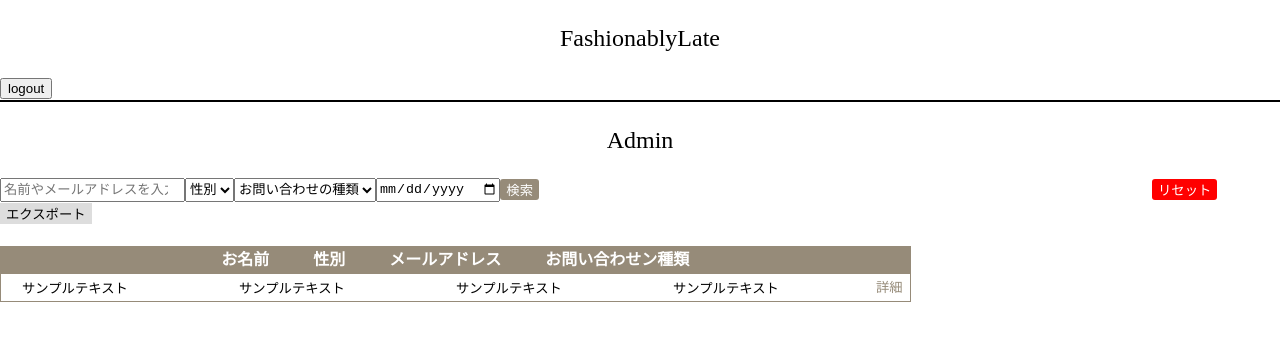
Repository: mayu-ya/test_form
Page: http://localhost/
These files come from the project's save history. The page is drawn as it stood at one moment and after the next save; the edit follows.
The browser window is 1280 px wide. The pictures show the whole page.
The page is served by the project's Laravel application, run on PHP 8.4 with Laravel 8. Other server files are loaded and not shown.

Above is the page before, as saved 2026-01-17 22:48:20.

### src/routes/web.php
<?php

use Illuminate\Support\Facades\Route;
use App\Http\Controllers\ContactController;

/*
|--------------------------------------------------------------------------
| Web Routes
|--------------------------------------------------------------------------
|
| Here is where you can register web routes for your application. These
| routes are loaded by the RouteServiceProvider within a group which
| contains the "web" middleware group. Now create something great!
|
*/

Route::get('/', [ContactController::class, 'index']);

### src/app/Http/Controllers/ContactController.php
<?php

namespace App\Http\Controllers;

use Illuminate\Http\Request;

class ContactController extends Controller
{
    public function index()
    {
        return view('admin');
    }
}

### src/resources/views/admin.blade.php
@extends('layouts.app')

@section('css')
<link rel="stylesheet" href="{{ asset('css/admin.css') }}">
@endsection

@section('header')
<nav class="header">
    <form action="">
        <button class="header__button">logout</button>
    </form>
</nav>
@endsection

@section('content')
<div class="content">
    <div class="title">
        <h2 class="title-h">Admin</h2>
    </div>

    <div class="search">
        <form action="" class="form__search">
            <div class="form__search-item">
                <input type="search" name="name" placeholder="名前やメールアドレスを入力してください">
                <select name="gender">
                    <option value="">性別</option>
                </select>
                <select name="content">
                    <option value="">お問い合わせの種類</option>
                </select>
                <input type="date" name="date">
                <div class="search__button">
                    <button class="search__button-submit" tyup="submit">検索</button>
                </div>
            </div>
        </form>
        <form action="" class="reset__button">
            <button class="reset__button-submit">リセット</button>
        </form>
    </div>

    <div class="export">
        <form action="" class="form__export">
            <button class="form__export-button">エクスポート</button>
        </form>
    </div>

    <div class="table-content">
        <table class="table">
            <tr class="table-row">
                <th class="table-title">
                    <span class="table-span">お名前</span>
                    <span class="table-span">性別</span>
                    <span class="table-span">メールアドレス</span>
                    <span class="table-span">お問い合わせン種類</span>
                </th>
            </tr>
            <tr class="table-row">
                <td class="table__item">
                    <form class="form">
                        <div class="form__item">
                            <div class="form__item-name">
                                <input type="text" class="form__item-input" value="サンプルテキスト">
                            </div>
                            <div class="form_item-gender">
                                <input type="text" class="form__item-input" value="サンプルテキスト">
                            </div>
                            <div class="form_item-email">
                                <input type="text" class="form__item-input" value="サンプルテキスト">
                            </div>
                            <div class="form_item-content">
                                <input type="text" class="form__item-input" value="サンプルテキスト">
                            </div>
                        </div>
                        <div class="form__button">
                            <button class="form__button-detail">詳細</button>
                        </div>
                    </form>
                </td>
            </tr>
        </table>
    </div>
</div>
@endsection

### src/resources/views/layouts/app.blade.php
<!DOCTYPE html>
<html lang="ja">
<head>
    <meta charset="UTF-8">
    <meta name="viewport" content="width=device-width, initial-scale=1.0">
    <title>FashionablyLate</title>
    <link rel="stylesheet" href="{{ asset('css/common.css') }}">
    <link rel="stylesheet" href="{{ asset('css/sanitize.css') }}">
    @yield('css')
</head>
<body>
    <header class="header">
        <div class="header-title">
            <div class="header-title__item">FashionablyLate</div>
        </div>
        @yield('header')
    </header>

    <main>
        @yield('content')
    </main>
</body>
</html>

### src/public/css/common.css
.header{
    border-bottom: 1px solid #000;
}

.header-title {
    margin: 0 auto;
    padding: 20px 15px;
    max-width: 1230px;
}

.header-title__item {
    font-size: 24px;
    text-align: center;
}

### src/public/css/sanitize.css
/* Document
* ========================================================================== */

/**
* Add border box sizing in all browsers (opinionated).
*/

*,
::before,
::after {
  box-sizing: border-box;
}

/**
* 1. Add text decoration inheritance in all browsers (opinionated).
* 2. Add vertical alignment inheritance in all browsers (opinionated).
*/

::before,
::after {
  vertical-align: inherit;
  /* 2 */
  text-decoration: inherit;
  /* 1 */
}

/**
* 1. Use the default cursor in all browsers (opinionated).
* 2. Change the line height in all browsers (opinionated).
* 3. Use a 4-space tab width in all browsers (opinionated).
* 4. Remove the grey highlight on links in iOS (opinionated).
* 5. Prevent adjustments of font size after orientation changes in
*    IE on Windows Phone and in iOS.
* 6. Breaks words to prevent overflow in all browsers (opinionated).
*/

html {
  word-break: break-word;
  /* 6 */
  -moz-tab-size: 4;
  /* 3 */
  tab-size: 4;
  /* 3 */
  line-height: 1.5;
  /* 2 */
  cursor: default;
  /* 1 */

  -webkit-tap-highlight-color: transparent
    /* 4 */
  ;
  -ms-text-size-adjust: 100%;
  /* 5 */
  -webkit-text-size-adjust: 100%;
  /* 5 */
}

/* Sections
* ========================================================================== */

/**
* Remove the margin in all browsers (opinionated).
*/

body {
  margin: 0;
}

/**
* Correct the font size and margin on `h1` elements within `section` and
* `article` contexts in Chrome, Edge, Firefox, and Safari.
*/

h1 {
  margin: 0.67em 0;
  font-size: 2em;
}

/* Grouping content
* ========================================================================== */

/**
* Remove the margin on nested lists in Chrome, Edge, IE, and Safari.
*/

dl dl,
dl ol,
dl ul,
ol dl,
ul dl {
  margin: 0;
}

/**
* Remove the margin on nested lists in Edge 18- and IE.
*/

ol ol,
ol ul,
ul ol,
ul ul {
  margin: 0;
}

/**
* 1. Add the correct sizing in Firefox.
* 2. Show the overflow in Edge 18- and IE.
*/

hr {
  overflow: visible;
  /* 2 */
  height: 0;
  /* 1 */
}

/**
* Add the correct display in IE.
*/

main {
  display: block;
}

/**
* Remove the list style on navigation lists in all browsers (opinionated).
*/

nav ol,
nav ul {
  padding: 0;
  list-style: none;
}

/**
* 1. Correct the inheritance and scaling of font size in all browsers.
* 2. Correct the odd `em` font sizing in all browsers.
*/

pre {
  font-size: 1em;
  /* 2 */
  font-family: monospace, monospace;
  /* 1 */
}

/* Text-level semantics
* ========================================================================== */

/**
* Remove the gray background on active links in IE 10.
*/

a {
  background-color: transparent;
}

/**
* Add the correct text decoration in Edge 18-, IE, and Safari.
*/

abbr[title] {
  text-decoration: underline;
  text-decoration: underline dotted;
}

/**
* Add the correct font weight in Chrome, Edge, and Safari.
*/

b,
strong {
  font-weight: bolder;
}

/**
* 1. Correct the inheritance and scaling of font size in all browsers.
* 2. Correct the odd `em` font sizing in all browsers.
*/

code,
kbd,
samp {
  font-size: 1em;
  /* 2 */
  font-family: monospace, monospace;
  /* 1 */
}

/**
* Add the correct font size in all browsers.
*/

small {
  font-size: 80%;
}

/* Embedded content
* ========================================================================== */

/*
* Change the alignment on media elements in all browsers (opinionated).
*/

audio,
canvas,
iframe,
img,
svg,
video {
  vertical-align: middle;
}

/**
* Add the correct display in IE 9-.
*/

audio,
video {
  display: inline-block;
}

/**
* Add the correct display in iOS 4-7.
*/

audio:not([controls]) {
  display: none;
  height: 0;
}

/**
* Remove the border on iframes in all browsers (opinionated).
*/

iframe {
  border-style: none;
}

/**
* Remove the border on images within links in IE 10-.
*/

img {
  border-style: none;
}

/**
* Change the fill color to match the text color in all browsers (opinionated).
*/

svg:not([fill]) {
  fill: currentColor;
}

/**
* Hide the overflow in IE.
*/

svg:not(:root) {
  overflow: hidden;
}

/* Tabular data
* ========================================================================== */

/**
* Collapse border spacing in all browsers (opinionated).
*/

table {
  border-collapse: collapse;
}

/* Forms
* ========================================================================== */

/**
* Remove the margin on controls in Safari.
*/

button,
input,
select {
  margin: 0;
}

/**
* 1. Show the overflow in IE.
* 2. Remove the inheritance of text transform in Edge 18-, Firefox, and IE.
*/

button {
  overflow: visible;
  /* 1 */
  text-transform: none;
  /* 2 */
}

/**
* Correct the inability to style buttons in iOS and Safari.
*/

button,
[type="button"],
[type="reset"],
[type="submit"] {
  -webkit-appearance: button;
}

/**
* 1. Change the inconsistent appearance in all browsers (opinionated).
* 2. Correct the padding in Firefox.
*/

fieldset {
  padding: 0.35em 0.75em 0.625em;
  /* 2 */
  border: 1px solid #a0a0a0;
  /* 1 */
}

/**
* Show the overflow in Edge 18- and IE.
*/

input {
  overflow: visible;
}

/**
* 1. Correct the text wrapping in Edge 18- and IE.
* 2. Correct the color inheritance from `fieldset` elements in IE.
*/

legend {
  display: table;
  /* 1 */
  max-width: 100%;
  /* 1 */
  color: inherit;
  /* 2 */
  white-space: normal;
  /* 1 */
}

/**
* 1. Add the correct display in Edge 18- and IE.
* 2. Add the correct vertical alignment in Chrome, Edge, and Firefox.
*/

progress {
  display: inline-block;
  /* 1 */
  vertical-align: baseline;
  /* 2 */
}

/**
* Remove the inheritance of text transform in Firefox.
*/

select {
  text-transform: none;
}

/**
* 1. Remove the margin in Firefox and Safari.
* 2. Remove the default vertical scrollbar in IE.
* 3. Change the resize direction in all browsers (opinionated).
*/

textarea {
  overflow: auto;
  /* 2 */
  margin: 0;
  /* 1 */
  resize: vertical;
  /* 3 */
}

/**
* Remove the padding in IE 10-.
*/

[type="checkbox"],
[type="radio"] {
  padding: 0;
}

/**
* 1. Correct the odd appearance in Chrome, Edge, and Safari.
* 2. Correct the outline style in Safari.
*/

[type="search"] {
  outline-offset: -2px;
  /* 2 */

  -webkit-appearance: textfield;
  /* 1 */
}

/**
* Correct the cursor style of increment and decrement buttons in Safari.
*/

::-webkit-inner-spin-button,
::-webkit-outer-spin-button {
  height: auto;
}

/**
* Correct the text style of placeholders in Chrome, Edge, and Safari.
*/

::-webkit-input-placeholder {
  color: inherit;
  opacity: 0.54;
}

/**
* Remove the inner padding in Chrome, Edge, and Safari on macOS.
*/

::-webkit-search-decoration {
  -webkit-appearance: none;
}

/**
* 1. Correct the inability to style upload buttons in iOS and Safari.
* 2. Change font properties to `inherit` in Safari.
*/

::-webkit-file-upload-button {
  font: inherit;
  /* 2 */

  -webkit-appearance: button;
  /* 1 */
}

/**
* Remove the inner border and padding of focus outlines in Firefox.
*/

::-moz-focus-inner {
  padding: 0;
  border-style: none;
}

/**
* Restore the focus outline styles unset by the previous rule in Firefox.
*/

:-moz-focusring {
  outline: 1px dotted ButtonText;
}

/**
* Remove the additional :invalid styles in Firefox.
*/

:-moz-ui-invalid {
  box-shadow: none;
}

/* Interactive
* ========================================================================== */

/*
* Add the correct display in Edge 18- and IE.
*/

details {
  display: block;
}

/*
* Add the correct styles in Edge 18-, IE, and Safari.
*/

dialog {
  position: absolute;
  right: 0;
  left: 0;
  display: block;
  margin: auto;
  padding: 1em;
  width: -moz-fit-content;
  width: -webkit-fit-content;
  width: fit-content;
  height: -moz-fit-content;
  height: -webkit-fit-content;
  height: fit-content;
  border: solid;
  background-color: white;
  color: black;
}

dialog:not([open]) {
  display: none;
}

/*
* Add the correct display in all browsers.
*/

summary {
  display: list-item;
}

/* Scripting
* ========================================================================== */

/**
* Add the correct display in IE 9-.
*/

canvas {
  display: inline-block;
}

/**
* Add the correct display in IE.
*/

template {
  display: none;
}

/* User interaction
* ========================================================================== */

/*
* 1. Remove the tapping delay in IE 10.
* 2. Remove the tapping delay on clickable elements
in all browsers (opinionated).
*/

a,
area,
button,
input,
label,
select,
summary,
textarea,
[tabindex] {
  -ms-touch-action: manipulation;
  /* 1 */
  touch-action: manipulation;
  /* 2 */
}

/**
* Add the correct display in IE 10-.
*/

[hidden] {
  display: none;
}

/* Accessibility
* ========================================================================== */

/**
* Change the cursor on busy elements in all browsers (opinionated).
*/

[aria-busy="true"] {
  cursor: progress;
}

/*
* Change the cursor on control elements in all browsers (opinionated).
*/

[aria-controls] {
  cursor: pointer;
}

/*
* Change the cursor on disabled, not-editable, or otherwise
* inoperable elements in all browsers (opinionated).
*/

[aria-disabled="true"],
[disabled] {
  cursor: not-allowed;
}

/*
* Change the display on visually hidden accessible elements
* in all browsers (opinionated).
*/

[aria-hidden="false"][hidden] {
  display: initial;
}

[aria-hidden="false"][hidden]:not(:focus) {
  position: absolute;
  clip: rect(0, 0, 0, 0);
}

### src/public/css/admin.css
.content {
    max-width: 1536px;
}

.title {
    margin: 0 auto;
}

.title-h {
    text-align: center;
    font-weight: lighter;
}

.search {
    display: flex;
}

.form__search {
    width: 90%;
}

.form__search-item {
    display: flex;
}

.search__button-submit {
    background: #968b79;
    color: white;
    border-radius: 3px;
    border: none;
    cursor: pointer;
}

.reset__button-submit {
    background: red;
    color: white;
    border-radius: 3px;
    border: none;
    cursor: pointer;
}

.export {
    width: 90%;
    align-items: center;
}

.form__export-button {
    background: #ddd;
    border: none;
}

.table-content {
    width: 90%;
    align-items: center;
    margin: 20px 0;
}

.table {
    border: 1px solid #968b79;
}

.table-row {
    border-bottom: 1px solid #968b79;
}

.table-title {
    background: #968b79;
}

.table-span {
    color: white;
    border: none;
    padding: 5px 20px;
}

.table__item {
    width: 100%;
}

.form {
    display: flex;
}

.form__item {
    display: flex;
}

.form__item-input {
    padding: 5px 20px;
    outline: none;
    border: none;
}

.form__button-detail {
    background: white;
    color: #968b79;
    border: #968b79;
    border-radius: 3px;
    cursor: pointer;
}

Loaded but not shown: src/app/Http/Controllers/Controller.php (common file)

After the next save:
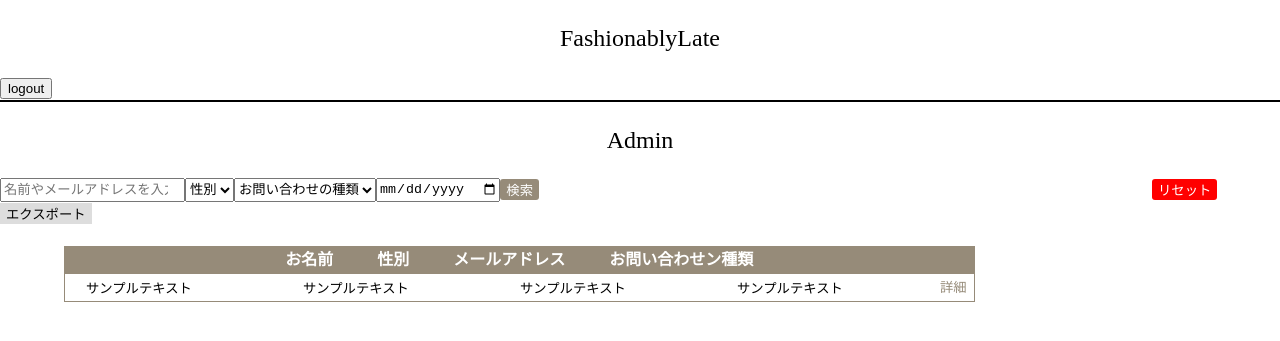
Saved 2 min 49 s later.
--- a/src/public/css/admin.css
+++ b/src/public/css/admin.css
@@ -13,6 +13,8 @@
 
 .search {
     display: flex;
+    align-items: center;
+    margin: 0 auto;
 }
 
 .form__search {
@@ -52,11 +54,12 @@
 .table-content {
     width: 90%;
     align-items: center;
-    margin: 20px 0;
+    margin: 0 auto;
 }
 
 .table {
     border: 1px solid #968b79;
+    margin: 20px 0;
 }
 
 .table-row {
